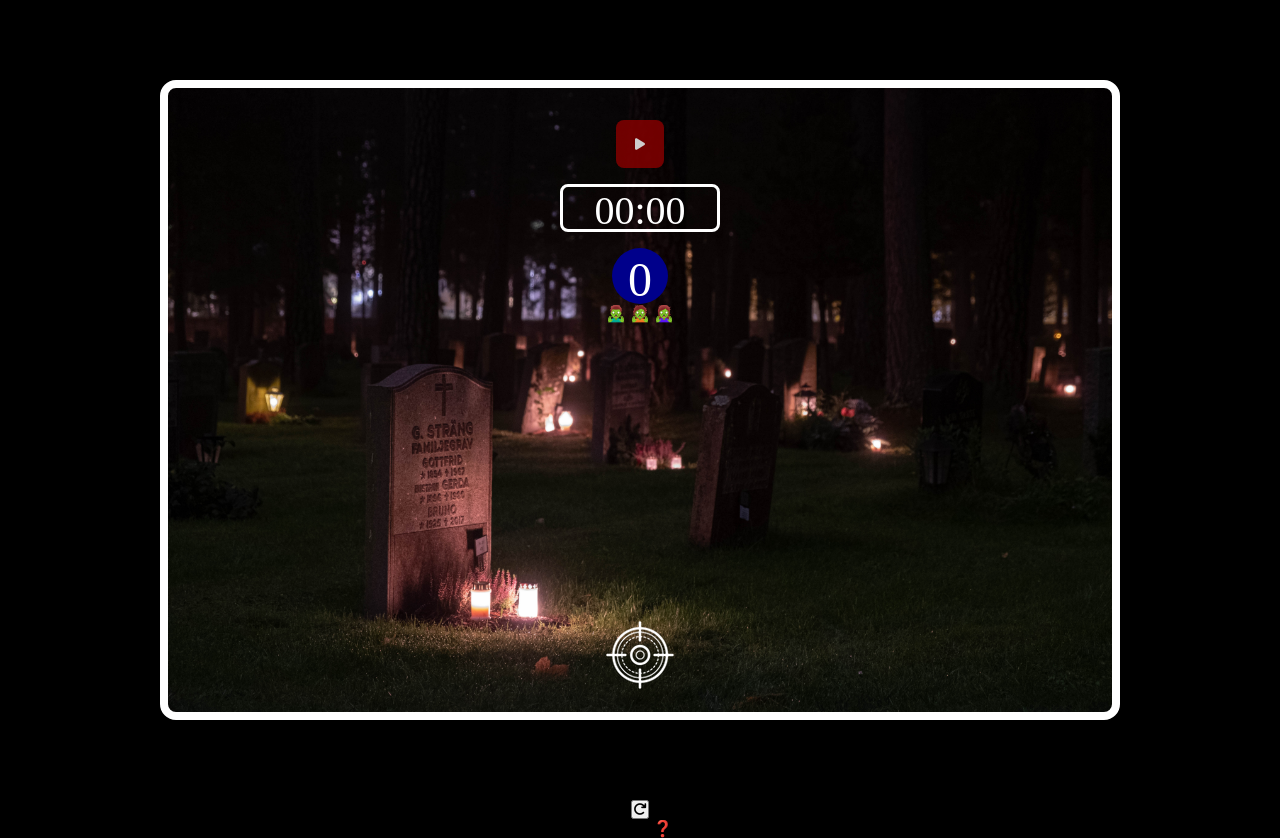
Repository: MrJinkyu/ZombieGame
Page: index.html
The author's editor kept a copy of each file at every save. The page is drawn from the files as they stood at one save, then again after the next save.
The browser window is 1280 px wide. The pictures show the whole page.
Some web libraries are served in a nearby version.

Above is the page before, as saved 2023-04-08 22:12:23.

### index.html
<!DOCTYPE html>
<html lang="en">
<head>
    <meta charset="UTF-8">
    <meta http-equiv="X-UA-Compatible" content="IE=edge">
    <meta name="viewport" content="width=device-width, initial-scale=1.0">
    <title>Zombie Game</title>
    <link rel="stylesheet" href="style.css">
    <script src="main.js" defer></script>
    <script src="https://kit.fontawesome.com/83424fe51a.js" crossorigin="anonymous"></script>
</head>
<body>
    <section class="game">
        <img src="img/target.png" alt="target" class="game__target">
        <button class="game__btn">
            <i class="fa-sharp fas fa-play"></i>
        </button>
        <span class="game__timer">00:00</span>
        <span class="game__score">0</span>
        <section class="game__field">
            <span id="zombie1" class="zombie">🧟‍♂️</span>
            <span id="zombie2" class="zombie">🧟</span>
            <span id="zombie3" class="zombie">🧟‍♀️</span>
        </section>
    </section>
    <section class="pop-up">
        <button class="pop-up__refresh">
            <i class="fa fa-rotate-right"></i>
        </button>
        <div class="pop-up__message">Replay❓</div>
    </section>
</body>
</html>

### style.css
*{
    box-sizing: border-box;
    margin: 0;
    padding: 0;
}

body{
    text-align: center;
    background-color: black;
}

.game{
    background: url('img/background.jpg') center/cover;
    margin: 5rem auto;
    width: 60rem;
    height: 40rem;
    border: 0.5rem solid white;
    border-radius: 1rem;
    display: flex;
    flex-direction: column;
    align-items: center;
}

.game__target{
    position: absolute;
    bottom: 5px;
}

.game__btn{
    margin-top: 2rem;
    width: 3rem;
    height: 3rem;
    background-color: darkred;
    color: white;
    border: none;
    border-radius: 0.5rem;
    outline: none;
    opacity: 0.8;
    transition: all 300ms ease-in;
}

.game__btn:hover{
    transform: scale(1.1);
    opacity: 1;
}

.game__timer{
    margin-top: 1rem;
    width: 10rem;
    height: 3rem;
    border-radius: 0.5rem;
    border: 3px solid white;
    color: white;
    line-height: 3rem;
    font-size: 2.5rem;
    cursor: auto;
    user-select: none;
}

.game__score{
    margin-top: 1rem;
    width: 3.5rem;
    height: 3.5rem;
    font-size: 3rem;
    line-height: 4rem;
    border-radius: 50%;
    background-color: darkblue;
    color: white;
    cursor: auto;
    user-select: none;
}

Loaded but not shown: main.js (no copy from this time; the picture is the same without it)

After the next save:
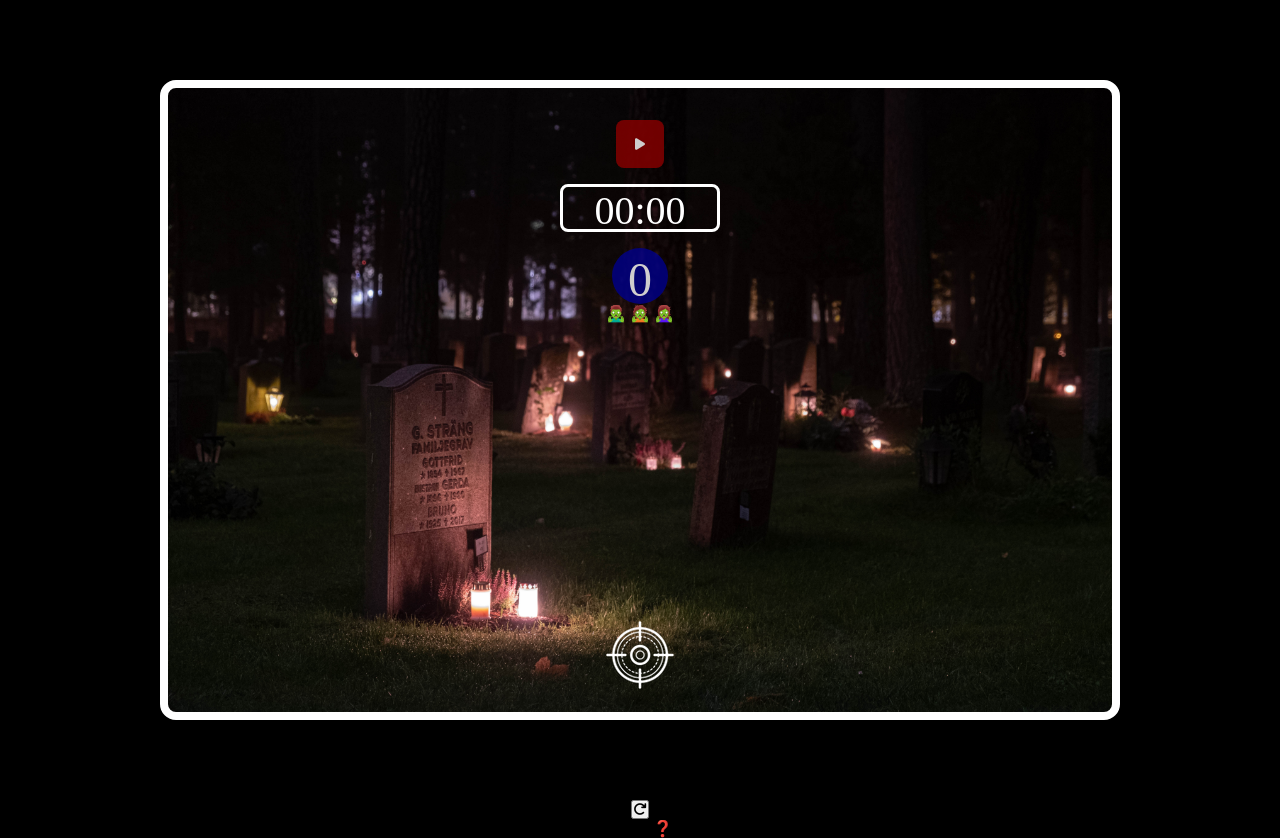
Saved 10 s later.
--- a/style.css
+++ b/style.css
@@ -68,4 +68,5 @@ body{
     color: white;
     cursor: auto;
     user-select: none;
+    opacity: 0.8;
 }
